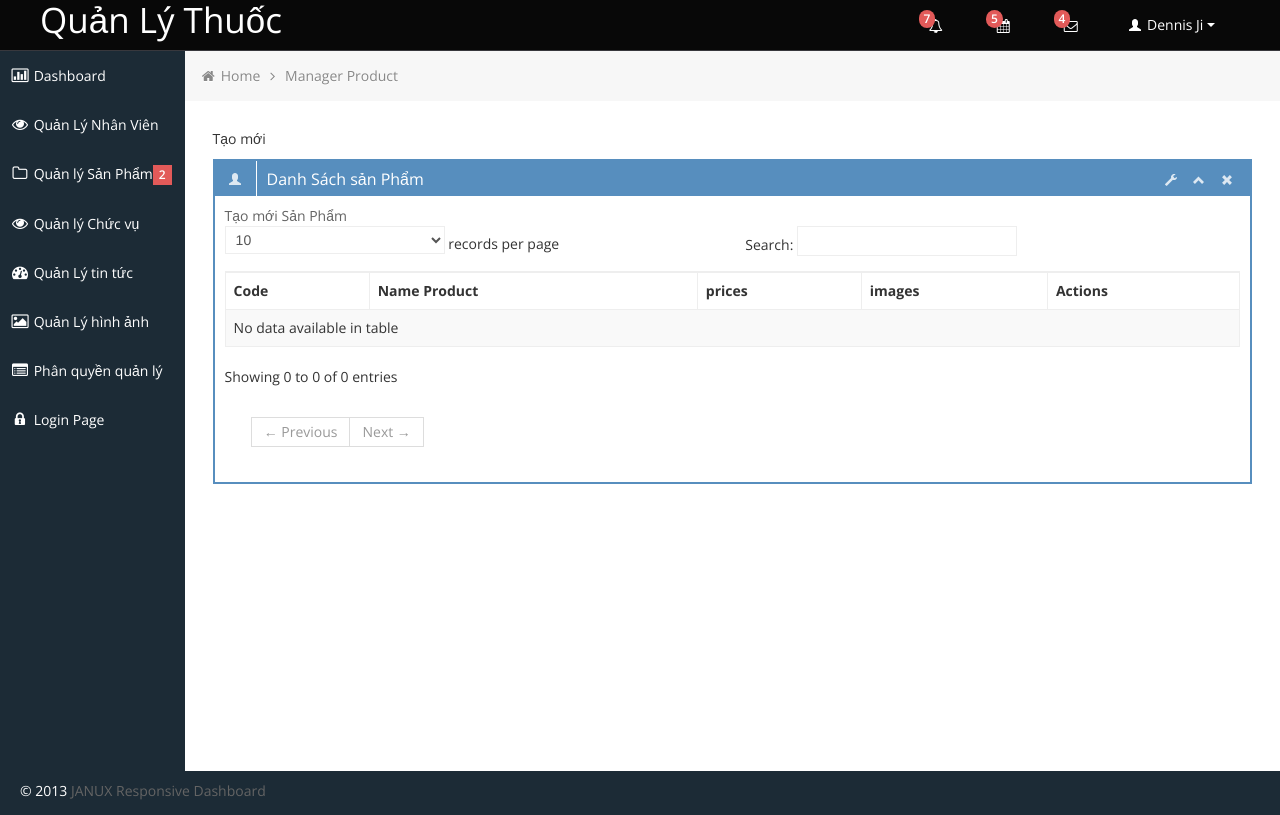
Repository: quangqt/QuanLyThuoc
Page: http://localhost/QuanLyThuoc/managerProduct
These files come from the project's save history. The page is drawn as it stood at one moment and after the next save; the edit follows.
The browser window is 1280 px wide. The pictures show the whole page.
The page is served by Tomcat 9. Queries for data that is not in the repository find no rows.

Above is the page before, as saved 2018-05-02 05:16:02.

After the next save:
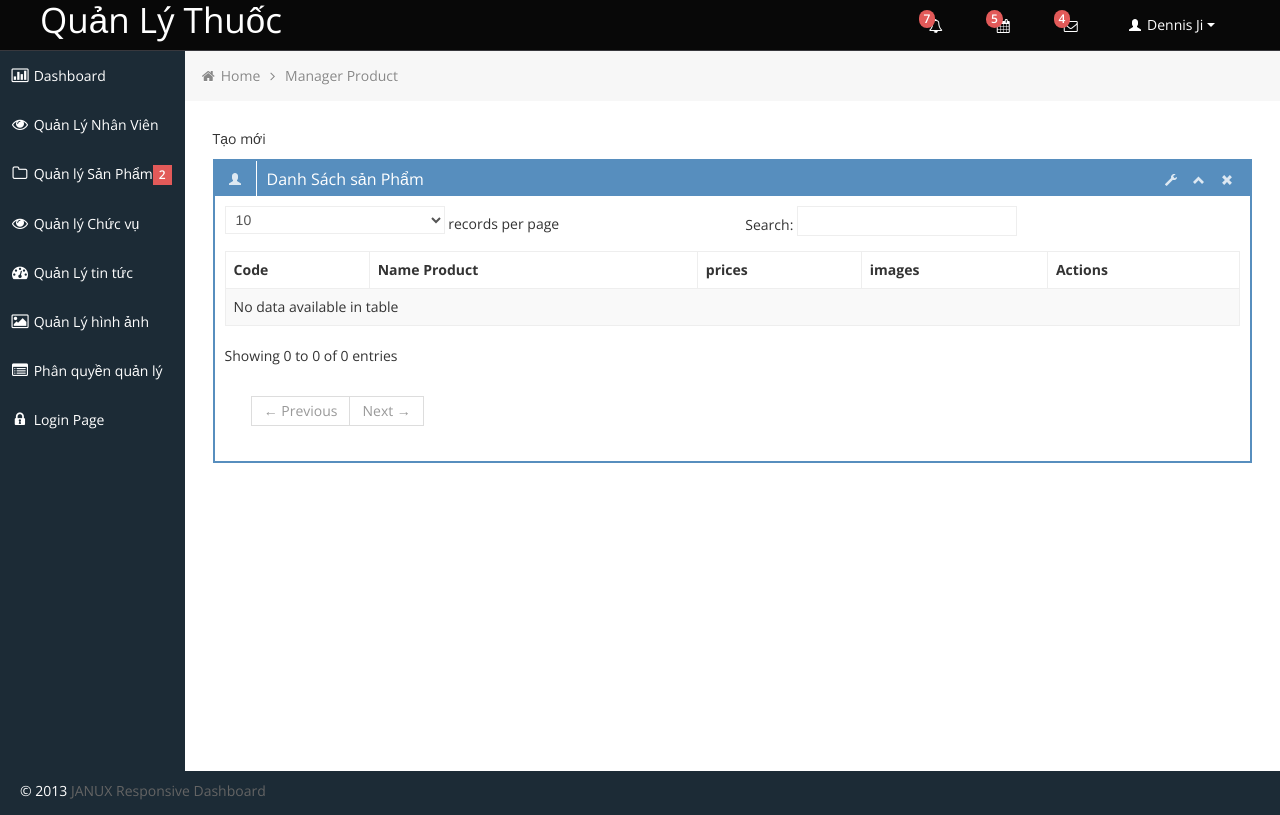
Saved 68 s later.
--- a/web-duoc/QuanLyThuoc/WebContent/WEB-INF/admin/managerProduct.jsp
+++ b/web-duoc/QuanLyThuoc/WebContent/WEB-INF/admin/managerProduct.jsp
@@ -45,7 +45,6 @@
 							<table
 								class="table table-striped table-bordered bootstrap-datatable datatable">
 								<thead>
-									<tr><a href="${pageContext.request.contextPath}/createProduct">Tạo mới Sản Phẩm</a></tr>
 									<tr>
 										<th>Code</th>
 										<th>Name Product</th>
